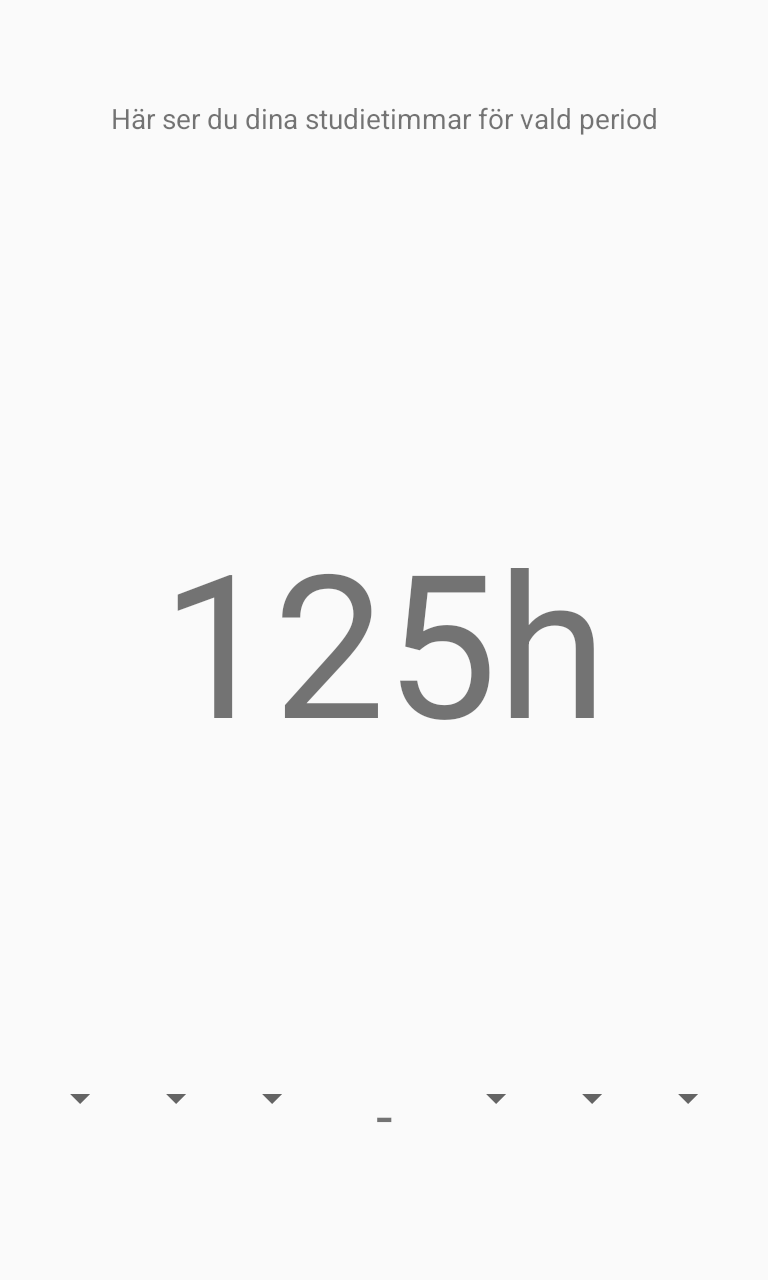
Repository: Dinova/Studiekoll
Layout: Studiekoll/Studiekoll/res/layout/fragment_graph.xml
These files come from the project's save history. The layout is drawn as it stood at one moment and after the next save; the edit follows.
It is drawn on a 768 x 1280 px phone screen (xhdpi) without system bars, with theme AppTheme; the app's code is not run.

Above is the layout before, as saved 2014-05-15 11:34:06.

### Studiekoll/Studiekoll/res/layout/fragment_graph.xml
<LinearLayout xmlns:android="http://schemas.android.com/apk/res/android"
    xmlns:tools="http://schemas.android.com/tools"
    android:layout_width="match_parent"
    android:layout_height="match_parent"
    android:orientation="vertical"
    android:paddingBottom="@dimen/activity_vertical_margin"
    android:paddingLeft="@dimen/activity_horizontal_margin"
    android:paddingRight="@dimen/activity_horizontal_margin"
    android:paddingTop="@dimen/activity_vertical_margin"
    tools:context="com.grupp8DAT255.studiekoll.GraphActivity$PlaceholderFragment" >

    <TextView
        android:layout_width="fill_parent"
        android:layout_height="0dp"
        android:layout_weight="1"
        android:gravity="center_horizontal|center_vertical"
        android:text="@string/message" />

   <!-- HÄR SKA TIMMAR FRÅN DATABAS LÄGGAS IN SOM VISAD TEXT -->

    <TextView
        android:layout_width="fill_parent"
        android:layout_height="0dp"
        android:layout_weight="5"
        android:gravity="center_horizontal|center_vertical"
        android:lines="1"
        android:text="125h"
        android:textSize="100sp" />


    <LinearLayout
        android:layout_width="match_parent"
        android:layout_height="0dp"
        android:layout_weight="1"
        android:orientation="horizontal" >

       <!-- DETTA SKA ANTAGLIGEN INTE VARA ETT EDITTEXT UTAN EN ANNAN DATUMVÄLJARE -->



		<Spinner
	    	android:id="@+id/from_year_spinner"
	    	android:layout_width="wrap_content"
	    	android:layout_height="wrap_content" />

		<Spinner
		    android:id="@+id/from_month_spinner"
		    android:layout_width="wrap_content"
	    	android:layout_height="wrap_content" />

		<Spinner
	    	android:id="@+id/from_day_spinner"
	    	android:layout_width="wrap_content"
	    	android:layout_height="wrap_content" />

		<TextView
	    	android:layout_weight="1"
        	android:layout_width="0dp"
        	android:layout_height="wrap_content"
        	android:gravity="center_horizontal|center_vertical"
        	android:text=" - "
        	android:textSize="30sp" />

       <!-- DETTA SKA ANTAGLIGEN INTE VARA ETT EDITTEXT UTAN EN ANNAN DATUMVÄLJARE -->

		<Spinner
		    android:id="@+id/to_year_spinner"
		    android:layout_width="wrap_content"
		    android:layout_height="wrap_content" />

		<Spinner
	    	android:id="@+id/to_month_spinner"
	    	android:layout_width="wrap_content"
	    	android:layout_height="wrap_content" />

		<Spinner
		    android:id="@+id/to_day_spinner"
		    android:layout_width="wrap_content"
	    	android:layout_height="wrap_content" />

	</LinearLayout>


</LinearLayout>

### Studiekoll/Studiekoll/res/values/strings.xml
<?xml version="1.0" encoding="utf-8"?>
<resources>

    <string name="app_name">Studiekoll</string>
    <string name="action_settings">Settings</string>
    <string name="button_graphics">Graf</string>
    <string name="button_input">Inmatning</string>
    <string name="button_help">Hjälp</string>
    <string name="title_activity_graph">Loggade timmar</string>
    <string name="message">Här ser du dina studietimmar för vald period</string>

</resources>

Loaded but not shown: Studiekoll/Studiekoll/res/values/styles.xml (common file); Studiekoll/Studiekoll/res/values-v11/styles.xml (common file); Studiekoll/Studiekoll/res/values-v14/styles.xml (common file); Studiekoll/Studiekoll/res/values/dimens.xml (common file); Studiekoll/Studiekoll/res/values-w820dp/dimens.xml (common file)

After the next save:
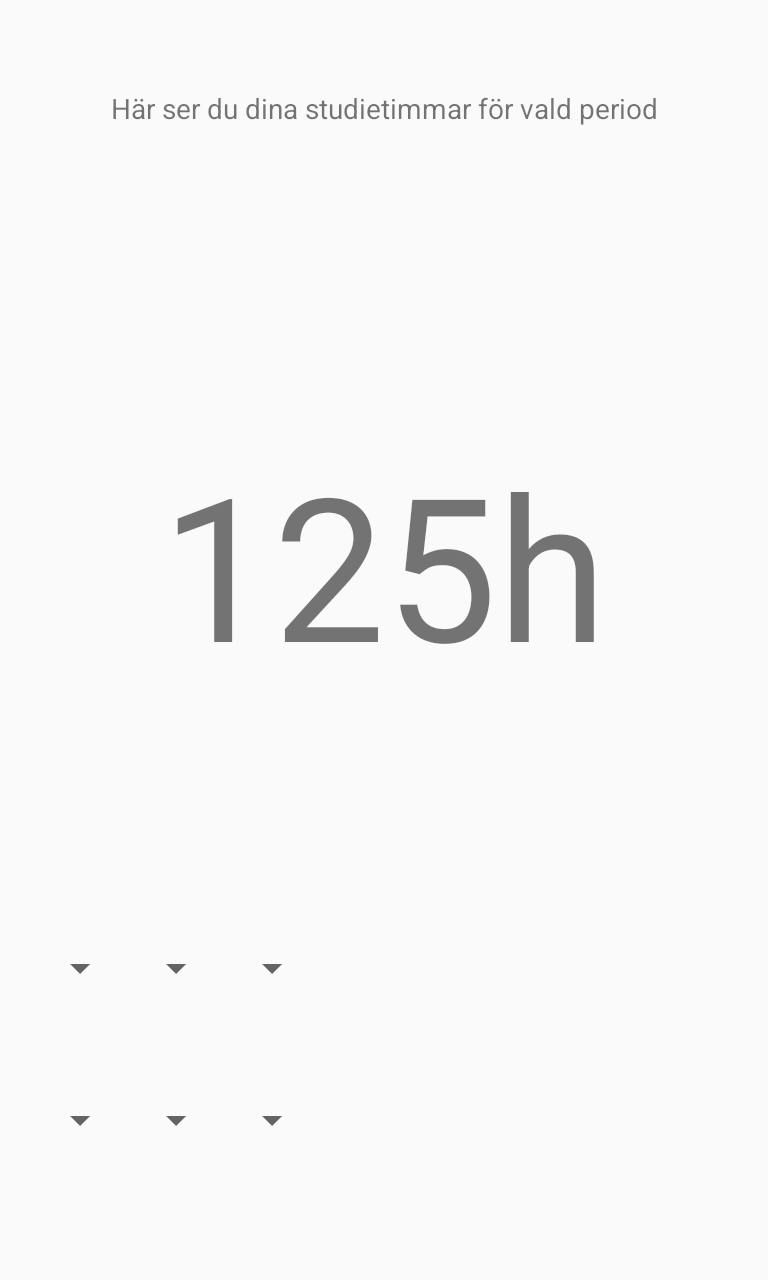
Saved 5 min 12 s later.
--- a/Studiekoll/Studiekoll/res/layout/fragment_graph.xml
+++ b/Studiekoll/Studiekoll/res/layout/fragment_graph.xml
@@ -34,11 +34,7 @@
         android:layout_weight="1"
         android:orientation="horizontal" >
 
-       <!-- DETTA SKA ANTAGLIGEN INTE VARA ETT EDITTEXT UTAN EN ANNAN DATUMVÄLJARE -->
-
-
-
-		<Spinner
+    	<Spinner
 	    	android:id="@+id/from_year_spinner"
 	    	android:layout_width="wrap_content"
 	    	android:layout_height="wrap_content" />
@@ -53,15 +49,13 @@
 	    	android:layout_width="wrap_content"
 	    	android:layout_height="wrap_content" />
 
-		<TextView
-	    	android:layout_weight="1"
-        	android:layout_width="0dp"
-        	android:layout_height="wrap_content"
-        	android:gravity="center_horizontal|center_vertical"
-        	android:text=" - "
-        	android:textSize="30sp" />
+	</LinearLayout>
 
-       <!-- DETTA SKA ANTAGLIGEN INTE VARA ETT EDITTEXT UTAN EN ANNAN DATUMVÄLJARE -->
+	<LinearLayout
+	    android:layout_width="match_parent"
+        android:layout_height="0dp"
+        android:layout_weight="1"
+        android:orientation="horizontal" >
 
 		<Spinner
 		    android:id="@+id/to_year_spinner"
